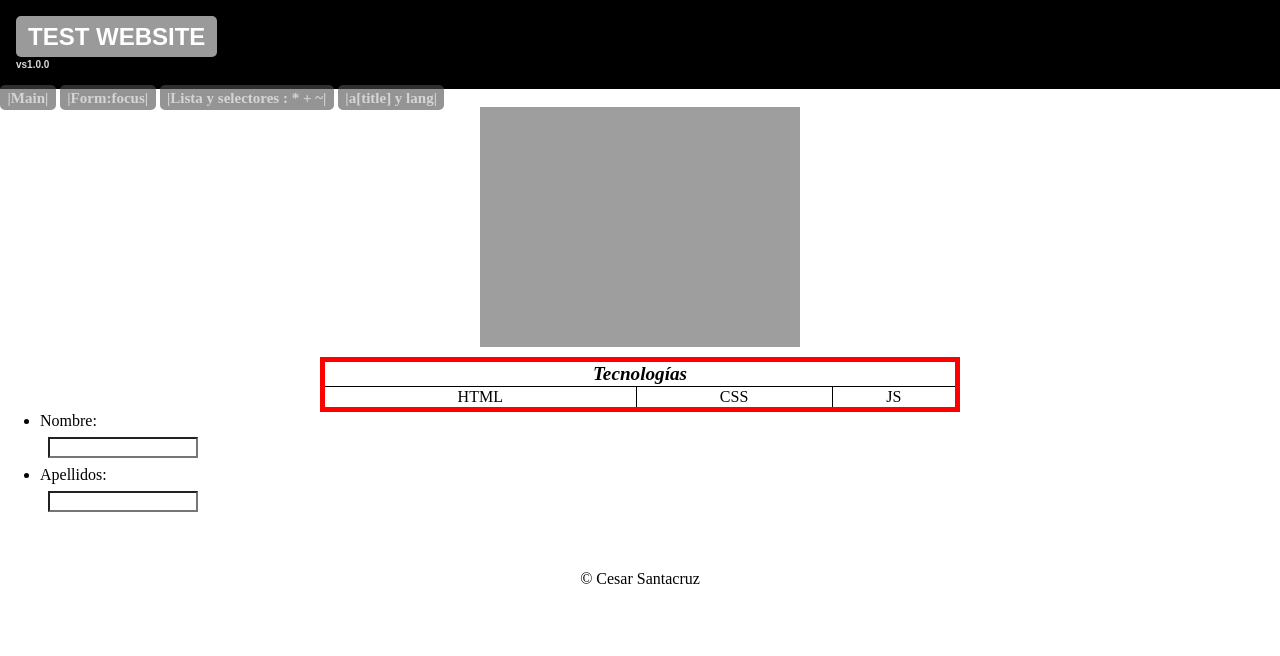
Repository: cesarsant0203/My_Study
Page: Introducción al desarrollo web/My Page 1/2.posts.html
These files come from the project's save history. The page is drawn as it stood at one moment and after the next save; the edit follows.
The browser window is 1280 px wide. The pictures show the whole page.
Pictures or frames that could not be fetched are drawn as grey boxes.

Above is the page before, as saved 2020-04-29 18:34:11.

After the next save:
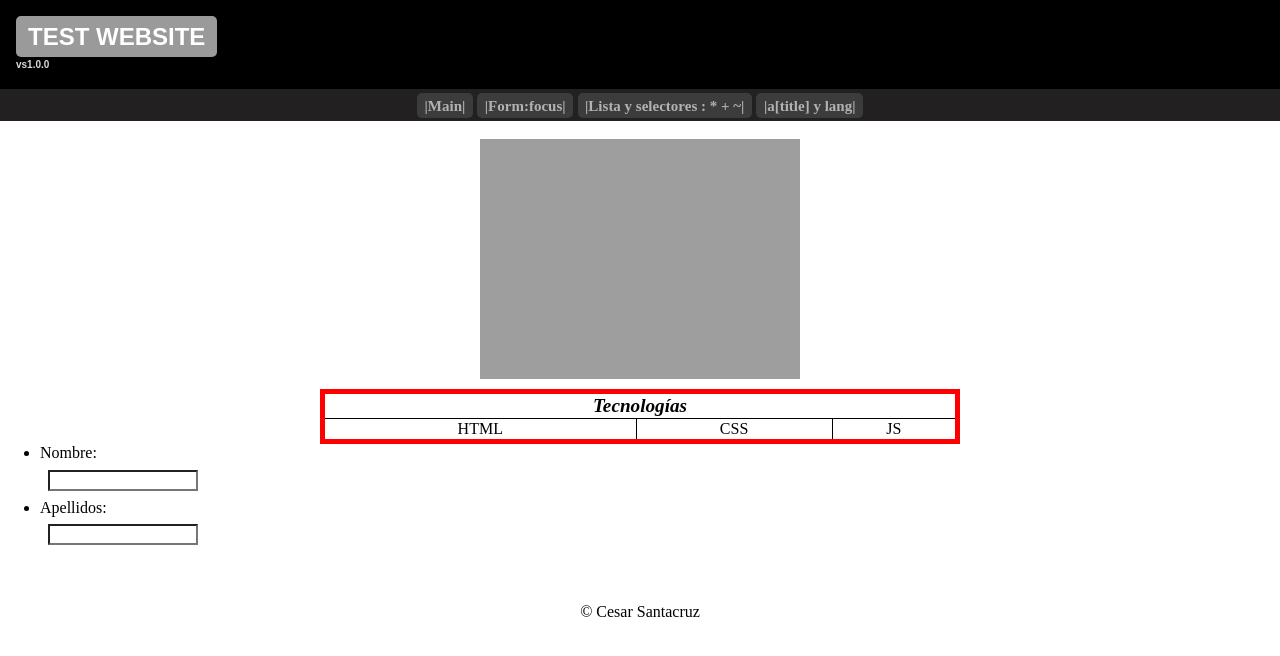
Saved 24 s later.
--- a/Introducción al desarrollo web/My Page 1/2.posts.html
+++ b/Introducción al desarrollo web/My Page 1/2.posts.html
@@ -13,7 +13,7 @@
         </h1>
     <h4>vs1.0.0</h4>
 </header>
-    <section id="mySection" class="box">
+    <section id="navBar" class="box">
         <nav>
             <a href="1.index.html">|Main|</a>
             <a href="2.posts.html">|Form:focus|</a>
@@ -21,6 +21,7 @@
             <a href="4.formulario.html">|a[title] y lang|</a>
         </nav>
     </section>
+<br />
     <section>
         <img src="https://applauss.com/wp-content/uploads/2016/01/gifs-animados-13.gif" title="gifPacman" class="gif"/>
     </section>
